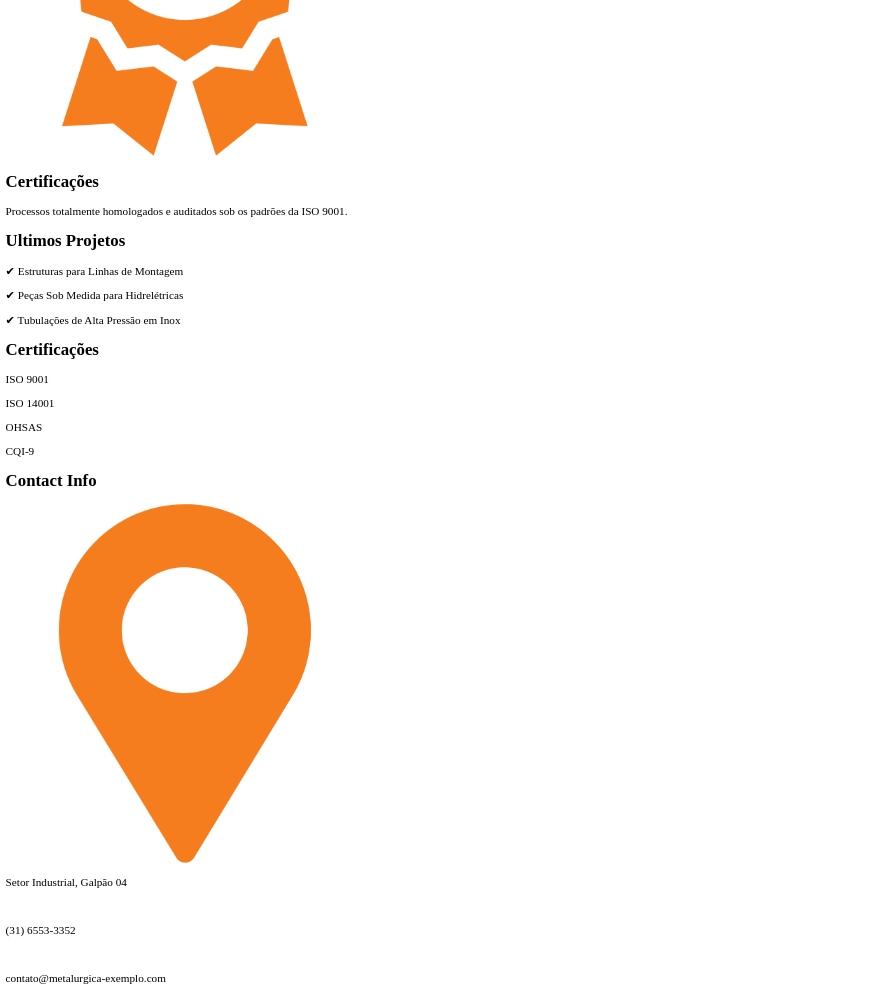
Repository: guiCherpinski/landing-page-metalurgica
Page: index.html
An editor plug-in stored every save of this project. The page is shown before and after a run of saves, followed by the edit.
The browser window is 1280 px wide. The pictures show the part of the page from y = 1986 to 3906 px (the page is 3408 px tall before and 3906 px after), at 70% of full size.

Above is the page before, as saved 2026-06-03 19:12:18.

### index.html
<!DOCTYPE html>
<html lang="pt-br">
<head>
    <meta charset="UTF-8">
    <meta name="viewport" content="width=device-width, initial-scale=1.0">
    <title>Metalúrgica</title>
</head>
<body>
    <header>
        <nav>
            <h1>Metalúrgica MI80</h1>

            <div class = "buttons">
                <a href="/">Home</a>
                <a href="/">Serviços</a>
                <a href="/">Projetos</a>
                <a href="/">Contatos</a>
                <button>Faça uma Cotação</button>
            </div>
        </nav>
    </header>

    <section class = "hero-section">
        <img src="./img/soldador.png" alt="Foto de um Soldador">
        <div class = "textHero">
            <h2>Soluções Metalúrgicas de Precisão</h2>
            <p>Expertise no desenvolvimento e usinagem de maquinários, estruturas industriais de alta performance e projetos personalizados em aço</p>
        </div>
    </section>

    <section class = "our-process">

        <h3>Nossos Processos</h3>

        <p>Atuamos com a mais alta tecnologia em fundicao, corte a laser e dobra CNC. Garantimos o
            controle rígido de qualidade em cada etapa, desde a materia-prima bruta até o acabamento
            superficial refinado, atendendo as mais estritas normas internacionais de seguranca e
            durabilidade.
        </p>

        <p>Nossa infraestrutura moderna permite a fabricacao em larga escala sem perder a precisão
            milimetrica necessaria para componentes automotivos, aeroespaciais e de engenharia
            pesada.
        </p>


        <article class = "article-benefits">
            <img src="./img/settings-gears.png" alt="Icone de engrenagens">
            <h2>Benefícios</h2>
            <p>Alta durabilidade, resistência mecânica superior e precisão cirúrgica em ligas especiais.</p>
        </article>

        <article class = "article-process">
            <img src="./img/industry.png" alt="Icone de industria">
            <h2>Processos</h2>
            <p>Usinagem CNC, caldeiraria leve e pesada, corte automatizado de chapas.</p>
        </article>

        <article class = "article-certificates">
            <img src="./img/medal.png" alt="Icone de medalha">
            <h2>Certificações</h2>
            <p>Processos totalmente homologados e auditados sob os padrões da ISO 9001.</p>
        </article>
    </section>

    <section class = "last-projects">
        <h2>Ultimos Projetos</h2>
        <p>✔ Estruturas para Linhas de Montagem </p>
        <p>✔ Peças Sob Medida para Hidrelétricas</p>
        <p>✔ Tubulações de Alta Pressão em Inox</p>
    </section>

    <section class = "certificates">
        <h2>Certificações</h2>
        <p>ISO 9001</p>
        <p>ISO 14001</p>
        <p>OHSAS</p>
        <p>CQI-9</p>
    </section>


    <footer class = "rodape">
        <section>
            <h2>Contact Info</h2>

            <article>
                <img src="./img/placeholder.png" alt="Icone pin">
                <p>Setor Industrial, Galpão 04</p>
            </article>

            <article>
                <img src="" alt="">
                <p>(31) 6553-3352</p>
            </article>

            <article>
                <img src="" alt="">
                <p>contato@metalurgica-exemplo.com</p>
            </article>
        </section>

        <section>

        </section>

        <section>

        </section>
    </footer>


</body>
</html>

After the next 3 saves:
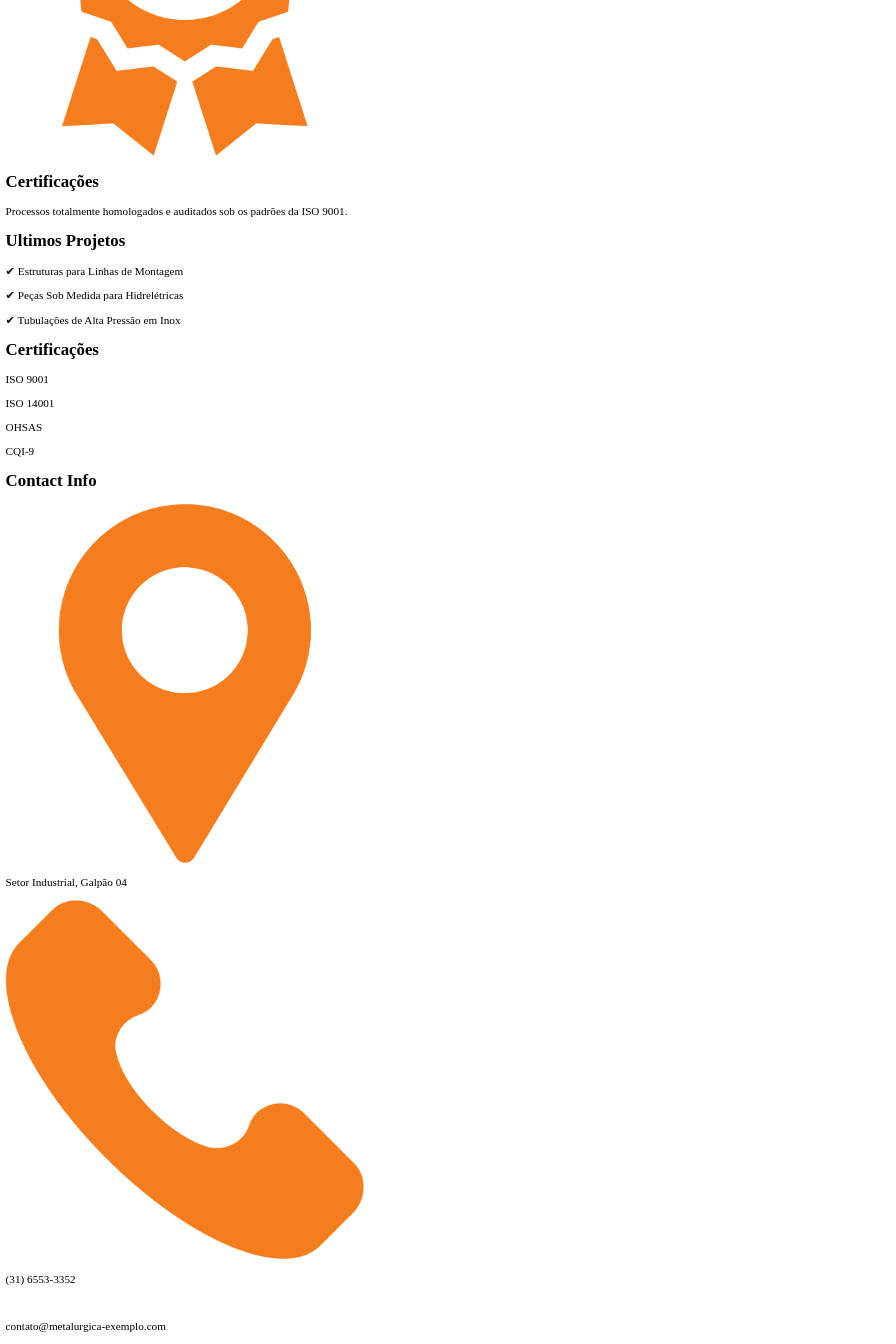
The 3 saves are shown as one change because they came seconds apart.
The last was saved 10 s later.
--- a/index.html
+++ b/index.html
@@ -89,7 +89,7 @@
             </article>
 
             <article>
-                <img src="" alt="">
+                <img src="./img/phone-call.png" alt="">
                 <p>(31) 6553-3352</p>
             </article>
 
